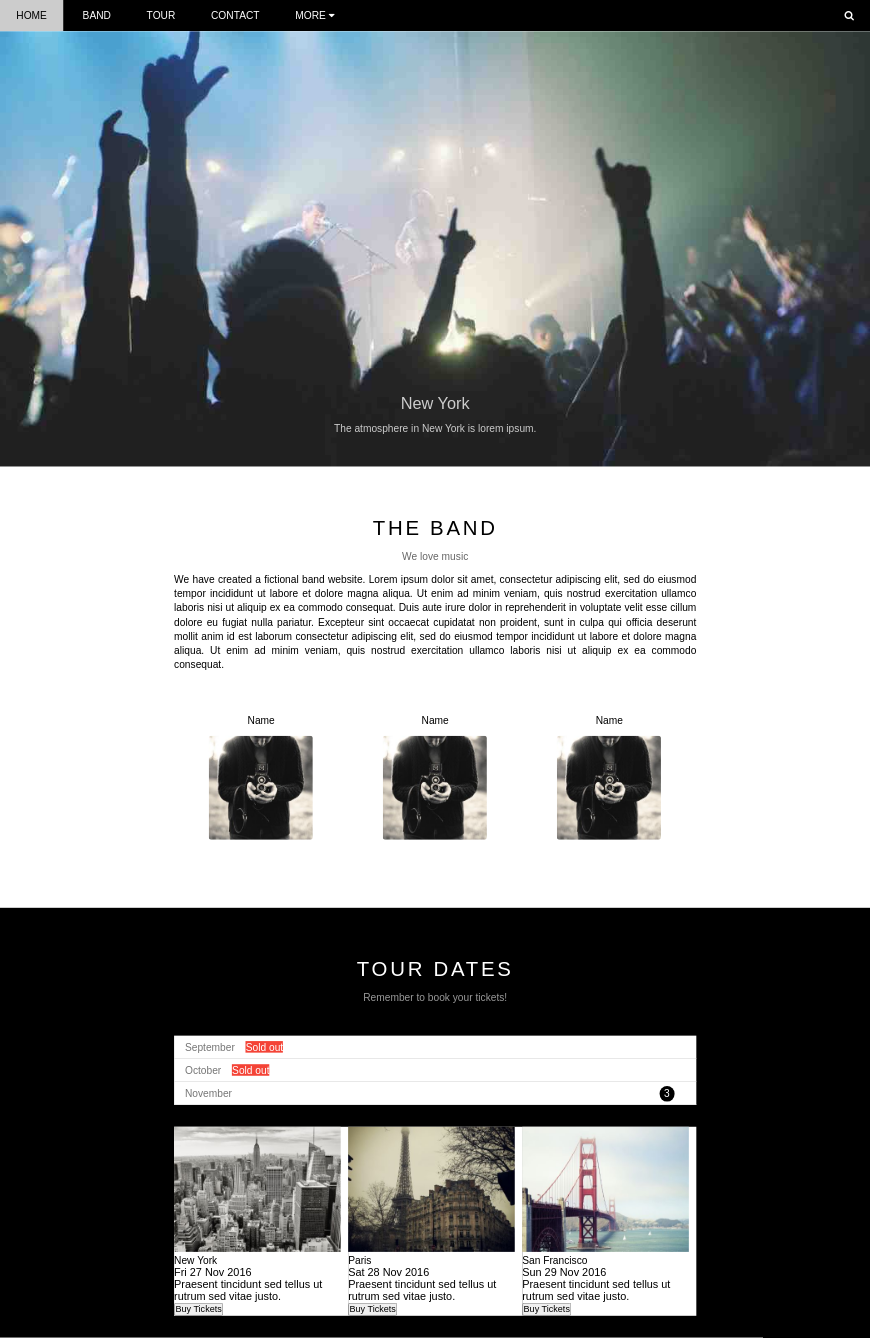
Repository: nguyenhoang2002062929/band
Page: index.html
An editor plug-in stored every save of this project. The page is shown before and after the next save, followed by the edit.
The browser window is 1280 px wide. The pictures show the whole page, at 68% of full size.

Above is the page before, as saved 2023-06-05 14:56:33.

After the next save:
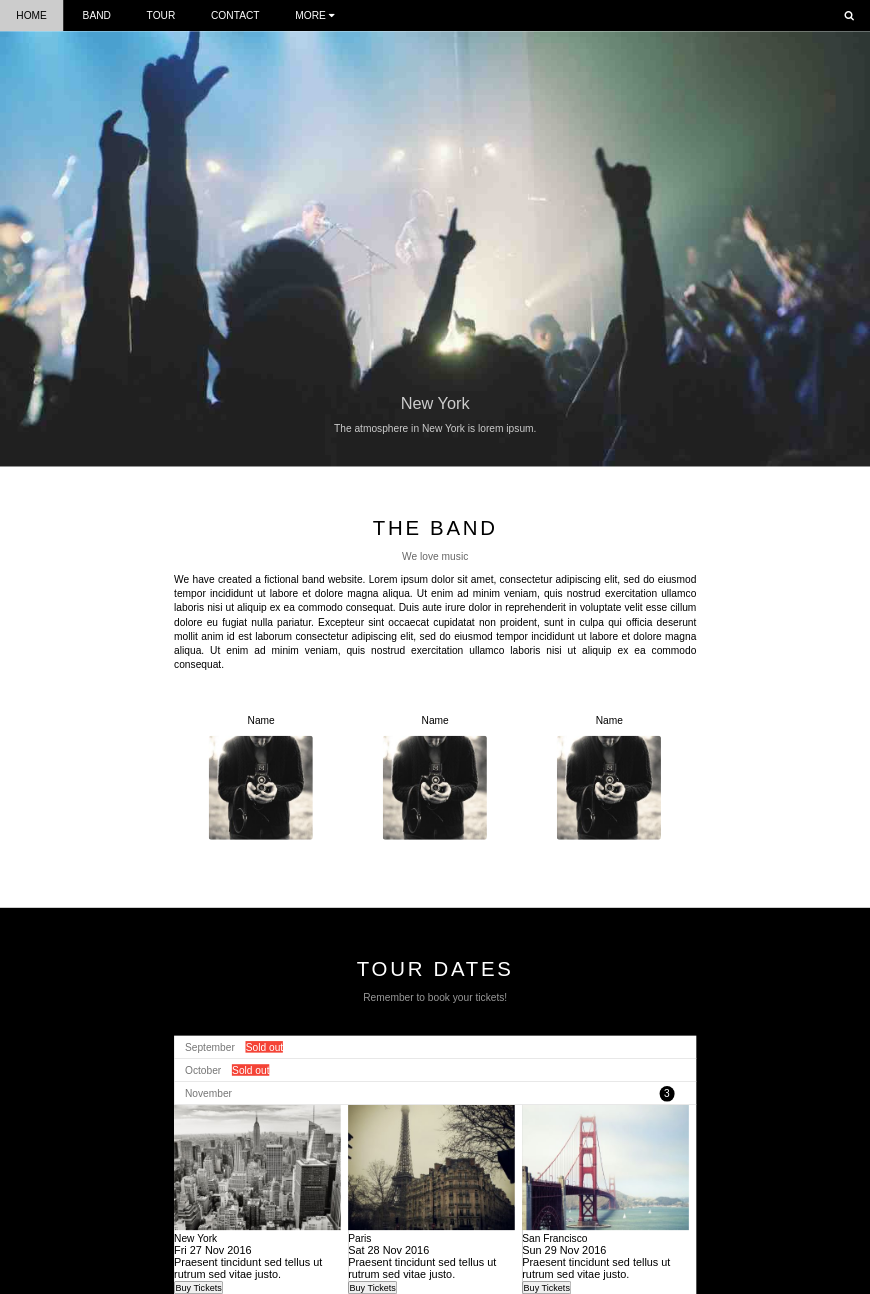
Saved 46 s later.
--- a/assets/css/style.css
+++ b/assets/css/style.css
@@ -182,12 +182,13 @@ cursor: pointer;
     margin-top: -2px;
 }
 .tour-places{
-    display: inline-flex;
-    padding: 32px 0px;
+    display: flex;
+    padding: 32px 0p;
 }
 .tour-places .places{
     width: 33.333%;
     background-color: #fff;
+    display: inline;
 }
 .places .name{
     font-size: 15px;
